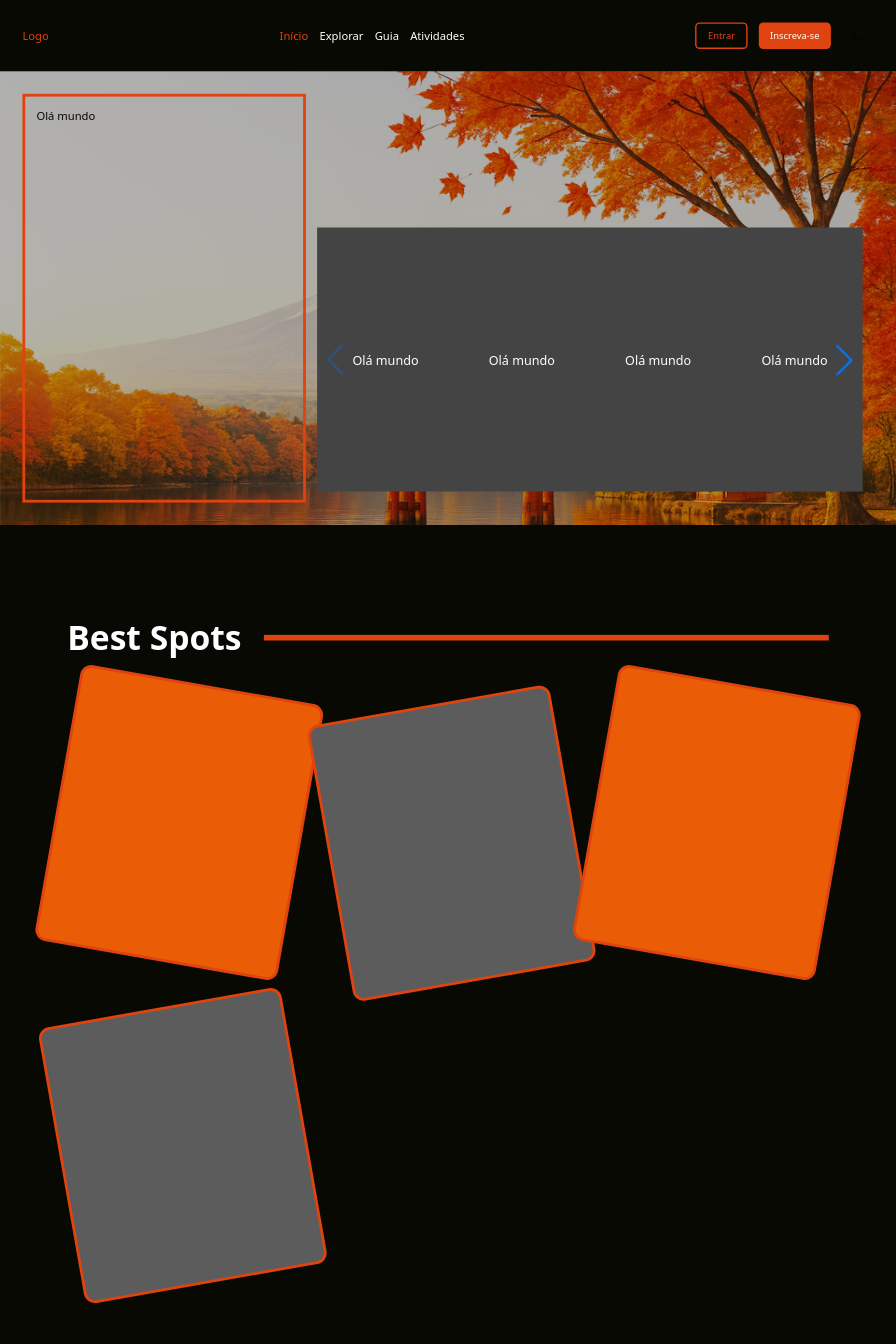
Repository: pedroantoniosi/readleaf--site
Page: /
An editor plug-in stored every save of this project. The page is shown before and after a run of saves, followed by the edit.
The browser window is 1280 px wide. The pictures show the part of the page from y = 0 to 1920 px (the page is 5163 px tall), at 70% of full size.
The project was rebuilt for these pictures with package versions that can differ from the ones it lists, and the page was loaded fresh each time. Also part of the build but not shown: vite.config.ts.

Above is the page before, as saved 2025-11-27 20:07:10.

### index.html
<!doctype html>
<html lang="en">

<head>
  <meta charset="UTF-8" />
  <link rel="icon" type="image/svg+xml" href="/vite.svg" />
  <meta name="viewport" content="width=device-width, initial-scale=1.0" />
  <title>Redleaf | Japanese Traveling</title>
  <link rel="stylesheet" href="https://cdn.jsdelivr.net/npm/bootstrap-icons@1.13.1/font/bootstrap-icons.min.css">
</head>

<body>
  <div id="root"></div>
  <script type="module" src="/src/main.tsx"></script>
</body>




</html>

### src/main.tsx
import { StrictMode } from "react";
import { createRoot } from "react-dom/client";
import "./index.css";
import "./reset.css";
import App from "./App.tsx";

createRoot(document.getElementById("root")!).render(
  <StrictMode>
    <App />
  </StrictMode>
);

### src/index.css
:root {
  font-family: system-ui, Avenir, Helvetica, Arial, sans-serif;
  font-weight: 400;
  color-scheme: light dark;
  color: rgba(255, 255, 255, 0.87);
  background-color: var(--light);
  font-synthesis: none;
  text-rendering: optimizeLegibility;
  -webkit-font-smoothing: antialiased;
  -moz-osx-font-smoothing: grayscale;
  --primaryColor: #DF430F;
  --light: #fff;
  --dark: #000;
}

:root[data-theme="dark"] {
  --light: #080903;
  --dark: #fff;

  & .homeContainer {

    & .bannerBackground {
      background-image: url("./assets/banner-dark.png");
    }
  }
}

body {
  background-color: var(--light);
  color: var(--dark);
}

### src/App.tsx
import Home from "./pages/home/home";

function App() {
  return (
    <>
      <Home />
    </>
  );
}

export default App;

### src/pages/home/home.tsx
// import styles from "./Index.module.css";
import Navbar from "../../components/Navbar/Index";
import SwiperNav from "../../components/SliderNavigation/Index";
import styles from "./index.module.css";
import TemplateAuto from "../../components/Template/template-auto";
import TemplateGrid from "../../components/Template/template-grid";
import Container from "../../components/Container/Index";
import Banner from "../../assets/banner.png";
import About from "../../assets/tour.png";
// Hooks
import { useIsMobile } from "../../hooks/useIsMobile";
// Imagens

// import Button from "../../components/Button/Index";

const Home = () => {
  const isMobile = useIsMobile();
  return (
    <>
      <Navbar />
      {/* Lorem ipsum dolor sit amet consectetur, adipisicing elit. Labore, repellat? */}
      <section className={styles.heroContainer}>
        <img className={styles.heroBanner} src={Banner} alt="" />
        <Container className={styles.heroContent}>
          <div className={styles.bbb}>Olá mundo</div>
          <div className={styles.ccc}>
            <SwiperNav sliderNumber={isMobile ? 1.5 : 4}>Olá mundo</SwiperNav>
          </div>
        </Container>
      </section>
      {/* Lorem ipsum dolor sit amet consectetur, adipisicing elit. Labore, repellat? */}

      {/* Lorem ipsum dolor sit amet consectetur, adipisicing elit. Labore, repellat? */}
      <section className={styles.tourContent}>
        <Container>
          <div className={styles.sectionHeader}>
            <h2 className={styles.sectionTitle}>Best Spots</h2>
            <div className={styles.sectionLine}></div>
          </div>
          <TemplateAuto
            mode="auto-fit"
            minWidth="300px"
            minHeight="400px"
            gap="2rem"
          >
            <div className={styles.card}></div>
            <div className={styles.card}></div>
            <div className={styles.card}></div>
            <div className={styles.card}></div>
          </TemplateAuto>
        </Container>
      </section>
      {/* Best Hotels Section */}
      <section>
        <Container>
          <div className={styles.sectionHeader}>
            <h2 className={styles.sectionTitle}>Best Hotels</h2>
            <div className={styles.sectionLine}></div>
          </div>
          <TemplateAuto mode="auto-fit" minWidth="unset" minHeight="600px">
            <SwiperNav sliderNumber={isMobile ? 1 : 4}>Olá mundo</SwiperNav>
          </TemplateAuto>
        </Container>
      </section>
      {/* Top Places Section */}
      <section>
        <Container>
          <div className={styles.sectionHeader}>
            <h2 className={styles.sectionTitle}>Top Places</h2>
            <div className={styles.sectionLine}></div>
          </div>
          <TemplateAuto mode="auto-fit" minWidth="unset" minHeight="600px">
            <SwiperNav sliderNumber={isMobile ? 1.5 : 4}>Olá mundo</SwiperNav>
          </TemplateAuto>
        </Container>
      </section>

      {/* Lorem ipsum dolor sit amet consectetur, adipisicing elit. Labore, repellat? */}
      <section className={styles.packagesContainer}>
        <Container>
          <div className={styles.sectionHeader}>
            <h2 className={styles.sectionTitle}>More Information</h2>
            <div className={styles.sectionLine}></div>
          </div>
          <TemplateGrid columns="10fr 6fr 6fr" gap="2rem">
            <div className={styles.card}></div>
            <div className={styles.card}></div>
            <div className={styles.card}></div>
          </TemplateGrid>
        </Container>
      </section>
      {/* Lorem ipsum dolor sit amet consectetur, adipisicing elit. Labore, repellat? */}
      <section className={styles.aboutContainer}>
        <Container>
          <div className={styles.sectionHeader}>
            <h2 className={styles.sectionTitle}>About The Tour</h2>
            <div className={styles.sectionLine}></div>
          </div>
          <div className="row-md gap-2">
            <div className="flex-1 row align-end">
              <div className={styles.aboutCaption}>
                <p className={styles.text}>
                  Lorem ipsum dolor sit, amet consectetur adipisicing elit.
                  Temporibus illum, repudiandae placeat adipisci sapiente ipsa
                  non consectetur voluptas obcaecati recusandae quis eos
                  aperiam, aliquam fugit distinctio minima, alias saepe omnis.
                </p>
              </div>
            </div>
            <div className={styles.aboutBanner}>
              <img src={About} alt="" />
            </div>
          </div>
        </Container>
      </section>
    </>
  );
};

export default Home;

### src/components/Navbar/Index.tsx
import styles from "./Index.module.css";
import Button from "../Button/Index";
import Container from "../Container/Index";
import { useState, useEffect } from "react";

type modeTheme = "dark" | "light";

const Navbar = () => {
  const [theme, setTheme] = useState<modeTheme>("dark");

  function handleClick(e: React.MouseEvent<HTMLButtonElement>) {
    e.preventDefault();
    setTheme((prev) => (prev === "light" ? "light" : "dark"));
    console.log("Tema alterado para:", theme === "dark" ? "light" : "dark");
  }

  useEffect(() => {
    document.documentElement.setAttribute("data-theme", theme);
  }, [theme]);

  return (
    <nav className={styles.navbar}>
      <Container className="row gap-1 justify-between align-center">
        <div className="logo">Logo</div>

        <ul className="nav-list row gap-1">
          <li className={styles.navLink}>Início</li>
          <li className={styles.navLink}>Explorar</li>
          <li className={styles.navLink}>Guia</li>
          <li className={styles.navLink}>Atividades</li>
        </ul>

        <div className="row gap-1">
          <Button className={styles.buttonRegister} text="Entrar" />
          <Button className={styles.buttonLogin} text="Inscreva-se" />
          <Button
            aria-label="Mudar Tema"
            className="bi bi-moon"
            text=""
            onClick={handleClick}
          />
        </div>
      </Container>
    </nav>
  );
};

export default Navbar;

### src/components/SliderNavigation/Index.tsx
import React from "react";

interface swiperProps {
  sliderNumber: number;
  children?: React.ReactNode;
}

// Swiper
import { Swiper, SwiperSlide } from "swiper/react";
import { Navigation } from "swiper/modules";

// Estilos obrigatórios
import "swiper/css";
import "swiper/css/navigation";

import styles from "./index.module.css";

const SwiperNav = ({ sliderNumber, children }: swiperProps) => {
  return (
    <Swiper
      navigation={true}
      modules={[Navigation]}
      className={styles.mySwiper}
      slidesPerView={sliderNumber}
    >
      {Array.from({ length: 9 }).map((_, i) => (
        <SwiperSlide key={i} className={styles.swiperSlider}>
          {children}
        </SwiperSlide>
      ))}
    </Swiper>
  );
};

export default SwiperNav;

### src/pages/home/index.module.css
@import "../../index.css";


/* Default Styles */
.sectionHeader {
    margin: 2rem 0 1rem 0;
    display: flex;
    align-items: center;
    gap: 2rem;
    padding: 1rem;
    width: 100%;
    align-items: stretch;
}

.sectionHeader .sectionTitle {
    font-size: 3rem;
    font-weight: 600;

}

.sectionHeader .sectionLine {
    position: relative;
    flex: 1;


    &::after {
        position: absolute;
        content: ' ';
        width: 100%;
        height: .5rem;
        background-color: var(--primaryColor);
        top: 50%;
        transform: translateY(-50%);
    }
}

/* Home Styles */
.heroContainer {
    position: relative;
    display: grid;
    height: 100svh;

    & img {
        z-index: 1;
        filter: brightness(70%);
    }

    & .heroBanner {
        position: absolute;
        width: 100%;
        height: 100%;
        left: 0;
        bottom: 0;
    }

    & .heroContent {
        padding: 2rem;
        display: flex;
        flex-direction: column;
        overflow: hidden;

        & .bbb {
            padding: 1rem;
            color: var(--light);
            z-index: 2;
        }

        & .ccc {
            padding: 1rem;
            max-height: 70%;
            height: 100%;
            overflow: hidden;
            margin-top: auto;
            background-color: red;
        }
    }
}

.tourContent {
    & .card {
        background-color: red;
    }
}


& .card {
    padding: 1rem;
    border: 4px solid var(--primaryColor);
    border-radius: 1rem;
}


.packagesContainer {
    & .card {
        min-height: 600px;
    }
}

.aboutContainer {
    & .aboutCaption {
        & .text {
            max-width: 600px;
        }
    }
}

:root[data-theme="dark"] {}


@media (min-width: 1024px) {
    .heroContainer {
        position: relative;
        display: grid;
        height: 90svh;

        & .heroBanner {
            position: absolute;
            width: 100%;
            height: 100%;
            left: 0;
            bottom: 0;
        }

        & .heroContent {
            padding: 2rem;
            display: grid;
            grid-template-columns: 6fr 12fr;
            background-color: red;

            & .bbb {
                width: 100%;
                border: 4px solid var(--primaryColor);
                color: var(--light);
            }

            & .ccc {
                max-height: 70%;
                height: 100%;
                overflow: hidden;
                margin-top: auto;
            }
        }
    }

    .tourContent {
        padding: 4rem;


        & .card {
            position: relative;
            padding: 1rem;
            border-radius: 1rem;
        }

        & .card:nth-child(odd) {
            background: #EA5C06;
            transform: rotate(10deg);
        }

        & .card:nth-child(even) {
            background: #5c5c5c;
            transform: rotate(-10deg) translateY(30px);
        }
    }

    .aboutContainer {
        & img {
            max-width: 768px;
        }
    }
}

### src/components/Template/template-auto.tsx
import styles from "./index.module.css";

interface AutoGridProps {
  mode: "auto-fill" | "auto-fit";
  minWidth: string;
  minHeight?: string;
  gap?: string;
  children?: React.ReactNode;
  className?: string;
}

const AutoGrid = ({
  mode,
  minWidth,
  minHeight,
  gap = "1rem",
  children,
  className,
}: AutoGridProps) => {
  return (
    <div
      className={`${styles.grid} ${className || ""}`}
      style={{
        gridTemplateColumns: `repeat(${mode}, minmax(${minWidth}, 1fr))`,
        gridAutoRows: `${minHeight}`,
        gap,
      }}
    >
      {children}
    </div>
  );
};

export default AutoGrid;

### src/components/Template/template-grid.tsx
import styles from "./index.module.css";

interface TemplateProps {
  columns: string;
  rows?: string;
  gap?: string;
  children?: React.ReactNode;
  className?: string; // classes adicionais
}

const Grid = ({ columns, rows, gap = "1rem", children }: TemplateProps) => {
  return (
    <div
      className={styles.grid}
      style={{
        gridTemplateColumns: `${columns}`,
        gridAutoRows: rows,
        gap,
      }}
    >
      {children}
    </div>
  );
};

export default Grid;

### src/components/Container/Index.tsx
import styles from "./Index.module.css";

interface ContainerProps {
  className?: string;
  children?: React.ReactNode;
}

const Container = ({ className, children }: ContainerProps) => {
  return (
    <div
      className={`${styles["container"]} ${className ? className : ""}`.trim()}
    >
      {children}
    </div>
  );
};

export default Container;

### src/hooks/useIsMobile.tsx
// src/hooks/useIsMobile.ts
import { useEffect, useState } from "react";

export function useIsMobile(breakpoint = 768) {
  const [isMobile, setIsMobile] = useState(false);

  useEffect(() => {
    const check = () => setIsMobile(window.innerWidth < breakpoint);
    check();
    window.addEventListener("resize", check);
    return () => window.removeEventListener("resize", check);
  }, [breakpoint]);

  return isMobile;
}

### src/components/Navbar/index.module.css
@import "../../index.css";

.navbar {
    display: flex;
    flex-wrap: wrap;
    padding: 1rem;
    color: var(--primaryColor);
    font-weight: 500;

    & .navLink {
        color: #747474;

        &:nth-of-type(1) {
            color: var(--primaryColor);
        }
    }

    & .buttonRegister {
        border: 2px solid var(--primaryColor);
        color: var(--primaryColor);
    }

    & .buttonLogin {
        background-color: var(--primaryColor);
        color: var(--light);
    }
}


:root[data-theme="dark"] {
    .navLink {
        color: #fff;

        &:nth-of-type(1) {
            color: var(--primaryColor);
        }
    }

    & .buttonLogin {
        color: #fff;
    }
}

### src/components/Button/Index.tsx
import styles from "./Index.module.css";
import { ButtonHTMLAttributes } from "react";

interface ButtonProps extends ButtonHTMLAttributes<HTMLButtonElement> {
  text?: string; // Texto opcional (permite usar apenas ícones)
  className?: string; // Classes adicionais
}

const Button = ({ text, className, children, ...rest }: ButtonProps) => {
  return (
    <button
      className={`${styles.button} ${className ?? ""}`.trim()}
      {...rest} // onClick, aria-label, type, disabled, etc.
    >
      {text || children}
    </button>
  );
};

export default Button;

### src/components/SliderNavigation/index.module.css
.mySwiper {
    width: 100%;
    height: 100%;
}

.swiperSlider {
    text-align: center;
    font-size: 18px;
    background: #444;
    display: flex;
    justify-content: center;
    align-items: center;
}

### src/components/Template/index.module.css
.grid {
    display: grid;
    width: 100%;
}

@media (max-width: 768px) {
    .grid {
        grid-template-columns: 1fr !important;
    }
}

### src/components/Container/index.module.css
@import "../../index.css";

.container {
    padding: 1rem;
    width: 100%;
    margin: 0 auto;
    max-width: 1660px;
}

### src/components/Button/index.module.css
.button {
    width: fit-content;
    padding: .5rem 1rem;
    border-radius: .4rem;
}

Loaded but not shown: src/reset.css (813 lines, source omitted)

After the next 2 saves:
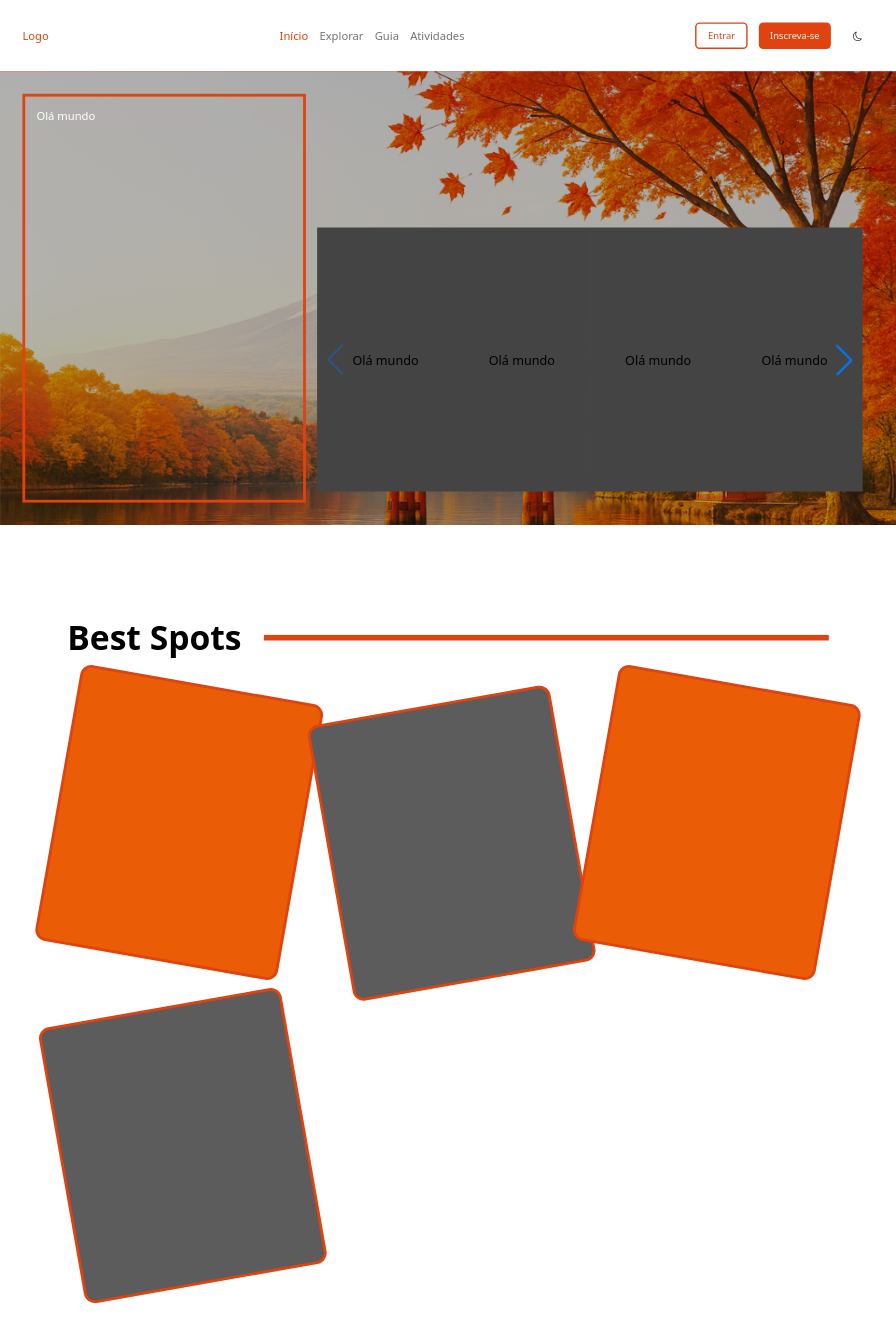
The 2 saves are shown as one change because they came seconds apart.
The last was saved 11 s later.
--- a/src/components/Navbar/Index.tsx
+++ b/src/components/Navbar/Index.tsx
@@ -6,11 +6,11 @@ import { useState, useEffect } from "react";
 type modeTheme = "dark" | "light";
 
 const Navbar = () => {
-  const [theme, setTheme] = useState<modeTheme>("dark");
+  const [theme, setTheme] = useState<modeTheme>("light");
 
   function handleClick(e: React.MouseEvent<HTMLButtonElement>) {
     e.preventDefault();
-    setTheme((prev) => (prev === "light" ? "light" : "dark"));
+    setTheme((prev) => (prev === "dark" ? "light" : "dark"));
     console.log("Tema alterado para:", theme === "dark" ? "light" : "dark");
   }
 
